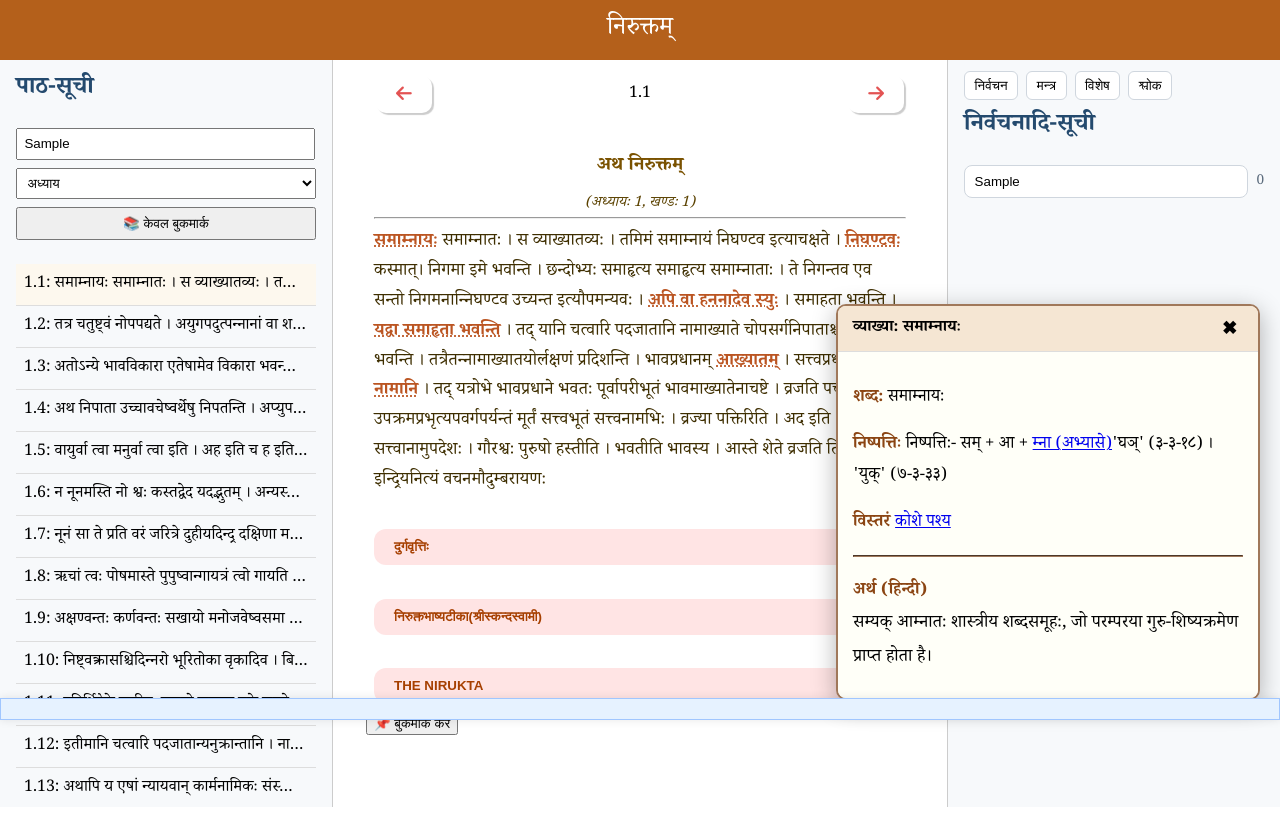
Repository: sanskritsphere/Niruktam
Page: index.html
The author's editor kept a copy of each file at every save. The page is drawn from the files as they stood at one save, then again after the next save.
The browser window is 1280 px wide. The pictures show the whole page.
Empty fields were first filled with sample values (such as "Sample", 5 or name@example.com).
After loading, the first visible `#mark-\#b-0-text-0` was clicked once.
Some web fonts or font styles are not loaded; a fallback is used.

Above is the page before, as saved 2025-12-14 08:57:31.

After the next save:
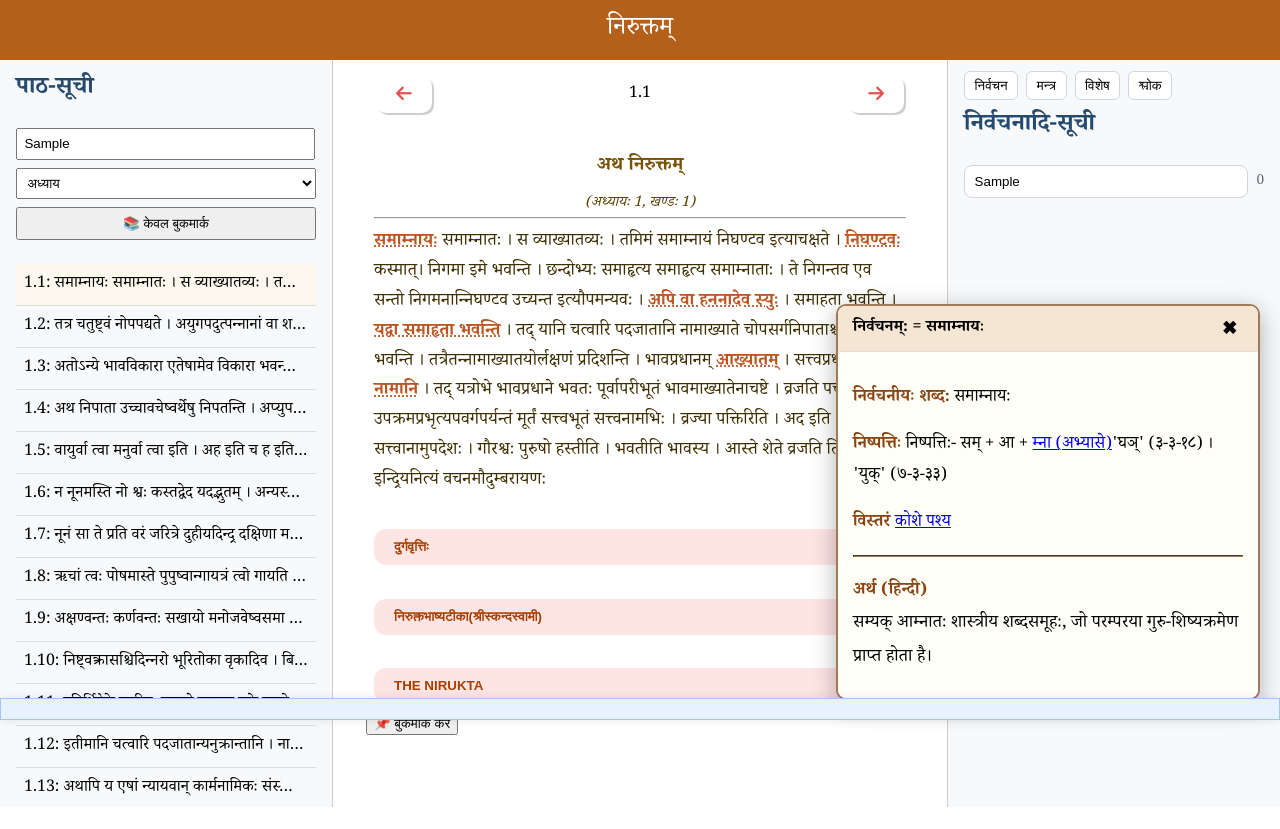
Saved 2 min 13 s later.
--- a/script.js
+++ b/script.js
@@ -650,10 +650,10 @@ function showVyakhya(anchorId) {
   // custom व्याख्या मिल गई → panel खोलो
   const tagLabel = TAGS.find(t => t.key === foundTerm.tag)?.label || foundTerm.tag;
 
-  titleEl.textContent = `व्याख्या: ${foundTerm.label}`;
+  titleEl.textContent = `निर्वचनम्: = ${foundTerm.label}`;
 
   contentEl.innerHTML = `
-    <p><strong>शब्द:</strong> ${foundTerm.label}</p>
+    <p><strong>निर्वचनीयः शब्द:</strong> ${foundTerm.label}</p>
     <p><strong>निष्पत्तिः</strong> ${customEntry.vyakaran}</p>
     <p><strong>विस्तरं </strong> ${customEntry.link}</p>
     <hr style="margin:10px 0; border-color:#a0785a;">
